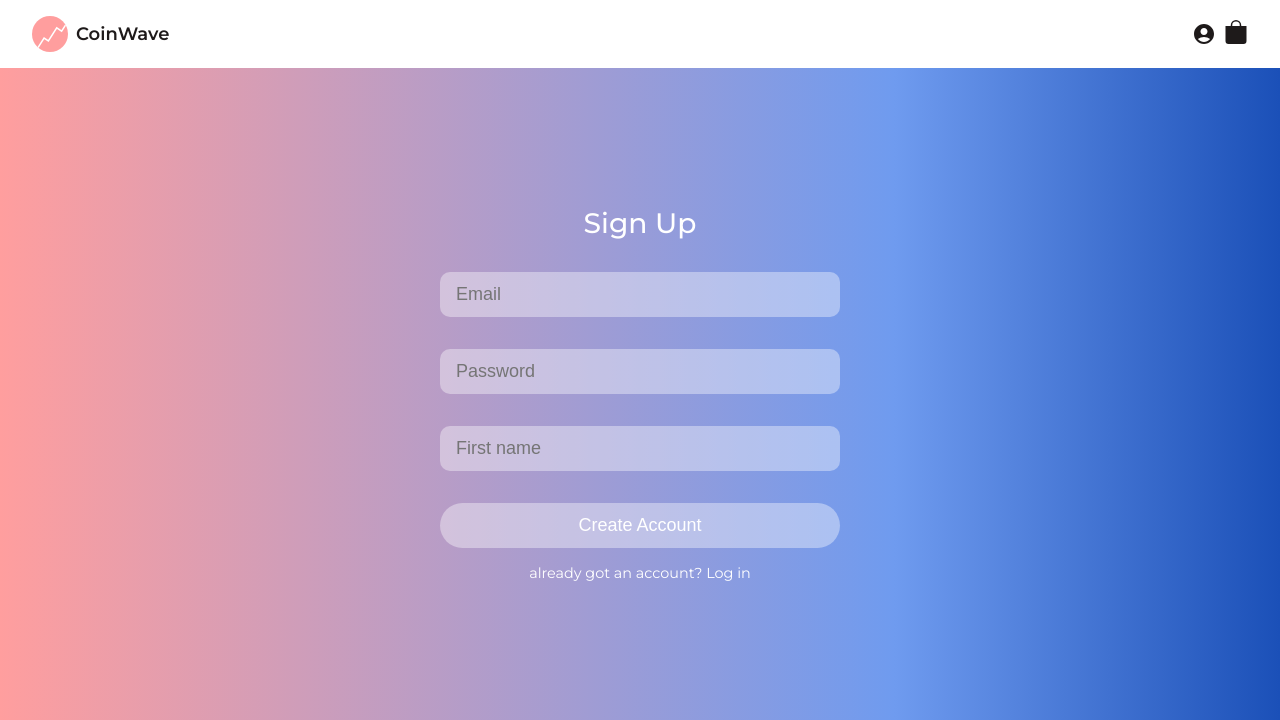
Repository: David-Waite/CoinWave
Page: /SignUp
An editor plug-in stored every save of this project. The page is shown before and after the next save, followed by the edit.
The browser window is 1280 px wide. The pictures show the whole page.
The project was rebuilt for these pictures with package versions that can differ from the ones it lists, and the page was loaded fresh each time. The framework's server and built-in components were replaced by stand-ins that run in the browser. Also part of the build but not shown: next.config.js, app/components/Footer/Footer.module.css, app/components/Footer/Footer.js.

Above is the page before, as saved 2023-10-09 14:50:01.

### app/layout.js
// layout
import Nav from "./components/Nav/Nav";
import "./globals.css";
import { CartProvider } from "../context/cart";
import { Montserrat } from "next/font/google";
import Footer from "./components/Footer/Footer";
import {
  SessionTokenContext,
  SessionTokenProvider,
} from "@/context/sessionToken";

// font imported by google fonts

const montserrat = Montserrat({ subsets: ["latin"] });
export const metadata = {
  title: "Coin Wave",
  description: "Generated by create next app",
};

// wraps the nav on top of each page
export default function RootLayout({ children }) {
  return (
    <SessionTokenProvider>
      <CartProvider>
        <html lang="en">
          <body className={montserrat.className}>
            <Nav />
            {children}
          </body>
        </html>
      </CartProvider>
    </SessionTokenProvider>
  );
}

### app/SignUp/page.js
"use client";
// sign up page
import styles from "./signUp.module.css";
import { useState } from "react";
import { useRouter } from "next/navigation";
import Link from "next/link";
import axios from "axios";

export default function SignUp() {
  // form data saved in state
  const [formData, setFormData] = useState({
    email: "",
    password: "",
    firstName: "",
    lastName: "",
    email: "",
  });

  const router = useRouter();

  // function updating state whenever the value of an input is changed
  function handleChange(event) {
    const { type, name, value, checked } = event.target;
    setFormData((prevFormData) => {
      return {
        ...prevFormData,
        [name]: type === "checkbox" ? checked : value,
      };
    });
  }

  function register() {
    const username = formData.email;
    const password = formData.password;
    axios
      .post("http://127.0.0.1:8000/register/", { username, password })
      .then((response) => console.log(response.data.message))
      .catch((error) => console.log(error.response.data.detail));
  }

  // function to be triggered when sign up button is pressed
  function handleSubmit(event) {
    event.preventDefault();
    register();
  }

  // jsx to be returned
  return (
    <main className={styles.main}>
      <form onSubmit={handleSubmit}>
        <h1 className={styles.title}>Sign Up</h1>
        <input
          className={styles.email}
          type="email"
          placeholder="Email"
          onChange={handleChange}
          name="email"
          value={formData.email}
        />
        <input
          className={styles.password}
          type="password"
          placeholder="Password"
          onChange={handleChange}
          name="password"
          value={formData.password}
        />
        <input
          className={styles.password}
          type="firstName"
          placeholder="First name"
          onChange={handleChange}
          name="firstName"
          value={formData.firstName}
        />

        <button className={styles.loginBtn}>Create Account</button>
        <Link className={styles.login} href={"/login"}>
          already got an account? Log in
        </Link>
      </form>
    </main>
  );
}

### app/components/Nav/Nav.js
"use client";

// nav bar
import styles from "./nav.module.css";
import Link from "next/link";
import { MdAccountCircle } from "react-icons/md";
import { BsBagFill } from "react-icons/bs";
import { useContext, useEffect, useState } from "react";
import { CartContext } from "@/context/cart";
import { SessionTokenContext } from "@/context/sessionToken";

export default function Nav() {
  const { sessionToken, updateToken } = useContext(SessionTokenContext);
  const loginLink = sessionToken ? "/account" : "/login";
  // imports cart items to get account of items in cart to display in nav

  const [cartItemAmount, setCartItemsAmount] = useState();
  const { cartItems } = useContext(CartContext);

  useEffect(() => {
    setCartItemsAmount(cartItems.length);
  }, [cartItems]);

  // jsx for nar bar
  return (
    <nav className={styles.main}>
      <Link className={styles.homeLink} href="/">
        <svg
          width="36"
          height="36"
          viewBox="0 0 36 36"
          fill="none"
          xmlns="http://www.w3.org/2000/svg"
        >
          <circle cx="18" cy="18" r="18" fill="#FF9E9E" />
          <mask
            id="mask0_7_9"
            style={{ maskType: "alpha" }}
            maskUnits="userSpaceOnUse"
            x="0"
            y="0"
            width="36"
            height="36"
          >
            <path
              d="M36 18C36 27.9411 27.9411 36 18 36C8.05887 36 0 27.9411 0 18C0 8.05887 8.05887 0 18 0C27.9411 0 36 8.05887 36 18Z"
              fill="#FF9E9E"
            />
          </mask>
          <g mask="url(#mask0_7_9)">
            <path
              d="M2.13416 37.6684L12.0865 22.0755L16.3706 24.9865L24.7305 11.8885L29.6267 15.2153L36.3942 4.61218"
              stroke="white"
              strokeWidth="1.5"
            />
          </g>
        </svg>
        CoinWave
      </Link>
      <div className={styles.icons}>
        <Link className={styles.loginLink} href={loginLink}>
          <MdAccountCircle size={24} />
        </Link>
        <Link href="/cart" className={styles.bagIcon}>
          <div>
            {cartItemAmount >= 1 && (
              <div className={styles.cartAmount}>
                <p>{cartItemAmount}</p>
              </div>
            )}

            <BsBagFill size={24} />
          </div>
        </Link>
      </div>
    </nav>
  );
}

### app/globals.css
:root {
  --primary: #fc9d9f;
  --primaryHover: #ff8b8d;
  --black: #1e1a1a;
}

* {
  margin: 0;
  padding: 0;
  box-sizing: border-box;
}

### context/cart.js
"use client";

// content cart
import { createContext, useState, useEffect } from "react";

export const CartContext = createContext();

export const CartProvider = ({ children }) => {
  // check localstorage for cart
  const [cartItems, setCartItems] = useState(() => {
    if (typeof window !== "undefined") {
      return localStorage.getItem("cartItems")
        ? JSON.parse(localStorage.getItem("cartItems"))
        : [];
    }
  });

  // add to cart function
  const addToCart = (item) => {
    const isItemInCart = cartItems.find((cartItem) => cartItem.id === item.id);

    if (isItemInCart) {
      setCartItems(
        cartItems.map((cartItem) =>
          cartItem.id === item.id
            ? { ...cartItem, quantity: cartItem.quantity + 1 }
            : cartItem
        )
      );
    } else {
      setCartItems([...cartItems, { ...item, quantity: 1 }]);
    }
  };

  // update quantity function
  const updateQuantity = (id, quantity) => {
    const isItemInCart = cartItems.find((cartItem) => cartItem.id === id);

    if (isItemInCart) {
      setCartItems(
        cartItems.map((cartItem) =>
          cartItem.id === id ? { ...cartItem, quantity: quantity } : cartItem
        )
      );
    }
  };

  // remove form cart function
  const removeFromCart = (item) => {
    const isItemInCart = cartItems.find((cartItem) => cartItem.id === item.id);

    if (isItemInCart.quantity === 1) {
      setCartItems(cartItems.filter((cartItem) => cartItem.id !== item.id));
    } else {
      setCartItems(
        cartItems.map((cartItem) =>
          cartItem.id === item.id
            ? { ...cartItem, quantity: cartItem.quantity - 1 }
            : cartItem
        )
      );
    }
  };

  // clear cart function
  const clearCart = () => {
    setCartItems([]);
  };

  // gets cart total function
  const getCartTotal = () => {
    return cartItems.reduce(
      (total, item) => total + item.price * item.quantity,
      0
    );
  };

  // useeffect to get set localStage
  useEffect(() => {
    if (typeof window !== "undefined") {
      localStorage.setItem("cartItems", JSON.stringify(cartItems));
    }
  }, [cartItems]);
  // useeffect to get set localStage
  useEffect(() => {
    if (typeof window !== "undefined") {
      const cartItems = localStorage.getItem("cartItems");
      if (cartItems) {
        setCartItems(JSON.parse(cartItems));
      }
    }
  }, []);

  return (
    <CartContext.Provider
      value={{
        cartItems,
        addToCart,
        updateQuantity,
        removeFromCart,
        clearCart,
        getCartTotal,
      }}
    >
      {children}
    </CartContext.Provider>
  );
};

### context/sessionToken.js
"use client";

// content cart
import { createContext, useState } from "react";

export const SessionTokenContext = createContext();

export const SessionTokenProvider = ({ children }) => {
  // check localstorage for cart
  const [sessionToken, setSessionToken] = useState(null);

  const updateToken = (token) => {
    setSessionToken(token);
  };
  return (
    <SessionTokenContext.Provider
      value={{
        sessionToken,
        updateToken,
      }}
    >
      {children}
    </SessionTokenContext.Provider>
  );
};

### app/SignUp/signUp.module.css
.main {
  background: linear-gradient(90deg, #ff9e9e 0%, #6f9bef 69.85%, #1b50b8 100%);
  min-height: calc(100vh - 68px);
  display: flex;
  flex-direction: column;
  align-items: center;
  justify-content: center;
}

.main form {
  display: flex;
  flex-direction: column;
  gap: 32px;

  justify-content: center;
  max-width: 400px;
  width: 100%;
}

.title {
  color: white;
  text-align: center;
  font-weight: 500;
  font-size: 28.13px;
}

.email,
.password,
.firstName,
.lastName {
  color: var(--black);
  border: none;
  padding: 12px 16px;
  font-size: 18px;
  border-radius: 10px;
  background-color: rgba(255, 255, 255, 0.38);
}

.loginBtn {
  border: none;
  padding: 12px 16px;
  border-radius: 50px;
  font-size: 18px;
  background-color: rgba(255, 255, 255, 0.38);
  cursor: pointer;
  color: white;
  transition: 0.5s;
  max-width: none;
}
.loginBtn:hover {
  background-color: white;
  color: var(--black);
}

.login {
  font-size: 14.4px;
  color: white;
  text-align: center;
  text-decoration: none;
  cursor: pointer;
  margin-top: -16px;
}

@media (max-width: 778px) {
  .main {
    min-height: calc(100vh - 68px);
  }
  .rememberMeText,
  .login {
    font-size: 12.8px;
  }
  .title {
    font-size: 25px;
  }

  .loginBtn,
  .email,
  .password {
    font-size: 16px;
  }
}

@media (max-width: 432px) {
  .main form {
    margin: 16px;
    width: calc(100% - 32px);
  }
}

### app/components/Nav/nav.module.css
.main {
  display: flex;
  align-items: center;
  justify-content: space-between;
  padding: 16px 60px;
  box-shadow: rgba(0, 0, 0, 0.05) 0px 6px 24px 0px,
    rgba(0, 0, 0, 0.08) 0px 0px 0px 1px;
}

.homeLink {
  display: flex;
  align-items: center;
  gap: 8px;
  text-decoration: none;
  font-size: 18px;
  color: var(--black);
  font-weight: 600;
}

.loginLink {
  display: flex;
  align-items: center;
  gap: 4px;
  font-size: 18px;
  text-decoration: none;
  color: var(--black);
  font-weight: 500;
}

.icons {
  display: flex;
  align-items: center;
  gap: 8px;
}
.bagIcon {
  position: relative;
  text-decoration: none;
  color: var(--black);
  cursor: pointer;
}
.cartAmount {
  position: absolute;
  background-color: red;
  height: 16px;
  width: 16px;
  right: -7px;
  top: -3px;
  display: flex;
  align-items: center;
  justify-content: center;
  color: white;

  border-radius: 50%;
}

.cartAmount p {
  font-size: 10px;
  font-weight: 500;
}

@media (max-width: 1600px) {
  .main {
    padding: 16px 32px;
  }
}
@media (max-width: 778px) {
  .main {
    padding: 16px;
  }
  .loginLink,
  .homeLink {
    font-size: 16px;
  }
}

After the next save:
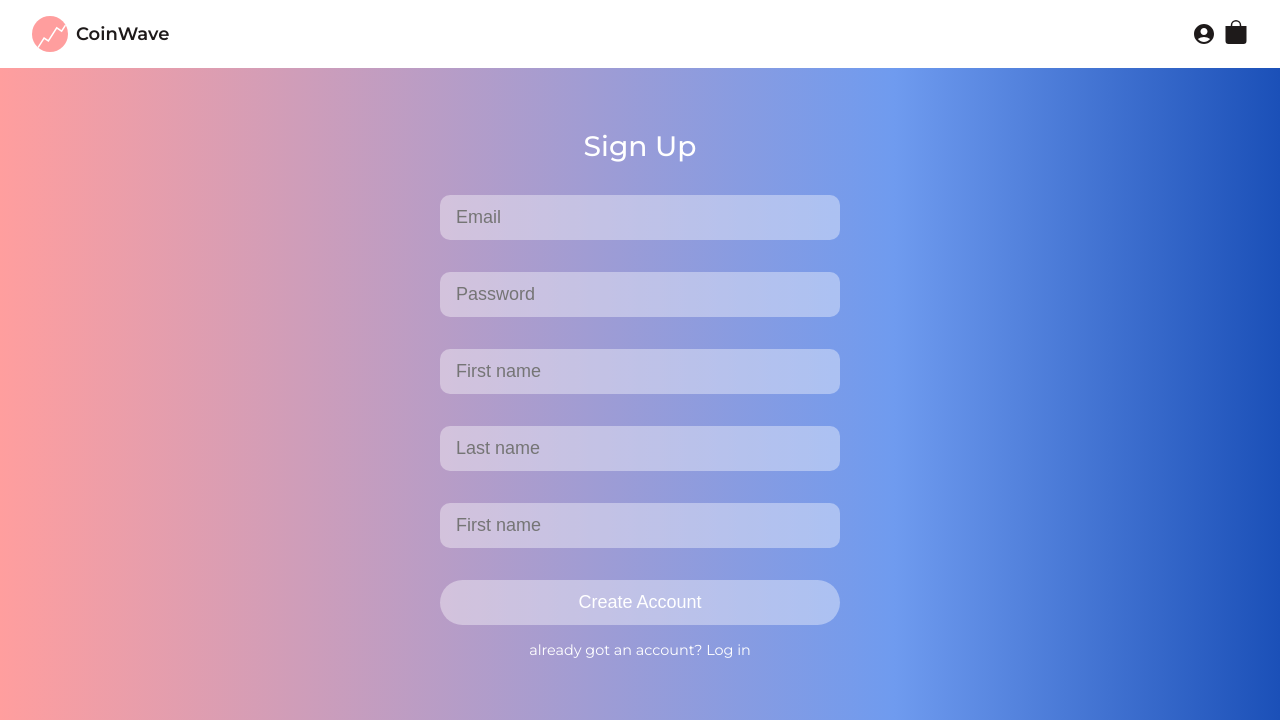
Saved 29 s later.
--- a/app/SignUp/page.js
+++ b/app/SignUp/page.js
@@ -73,6 +73,22 @@ export default function SignUp() {
           name="firstName"
           value={formData.firstName}
         />
+        <input
+          className={styles.password}
+          type="lastName"
+          placeholder="Last name"
+          onChange={handleChange}
+          name="lastName"
+          value={formData.lastName}
+        />
+        <input
+          className={styles.password}
+          type="firstName"
+          placeholder="First name"
+          onChange={handleChange}
+          name="firstName"
+          value={formData.firstName}
+        />
 
         <button className={styles.loginBtn}>Create Account</button>
         <Link className={styles.login} href={"/login"}>
